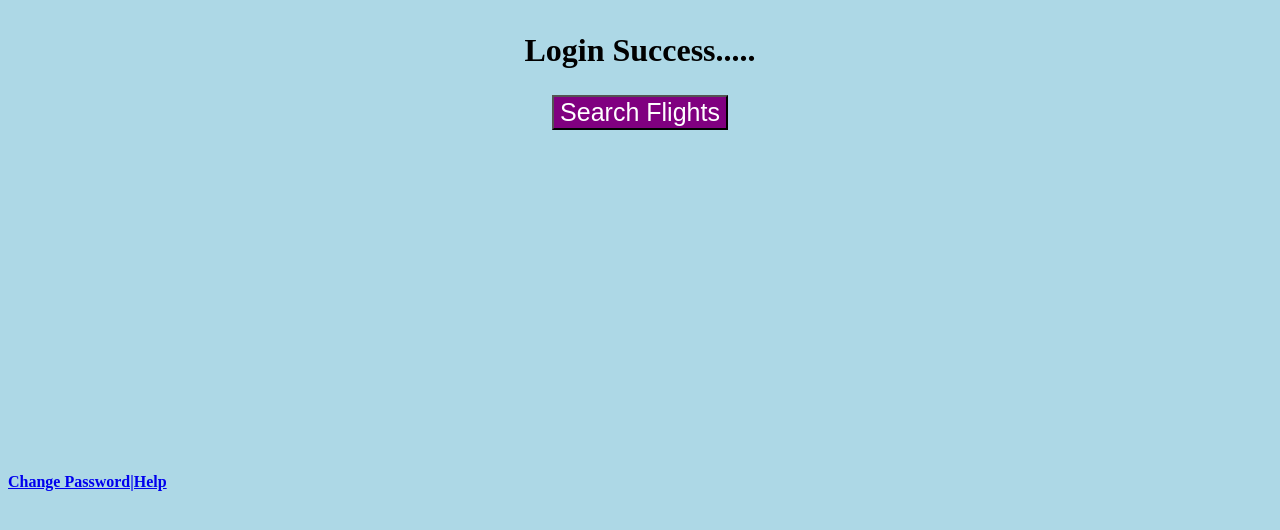
Repository: KanimozhiThandapani/Phase2AirlineBookingProject
Page: http://localhost/AirlineBooking/home.jsp
These files come from the project's save history. The page is drawn as it stood at one moment and after the next save; the edit follows.
The browser window is 1280 px wide. The pictures show the whole page.
The page is served by Tomcat 9.

Above is the page before, as saved 2022-04-25 04:41:29.

After the next save:
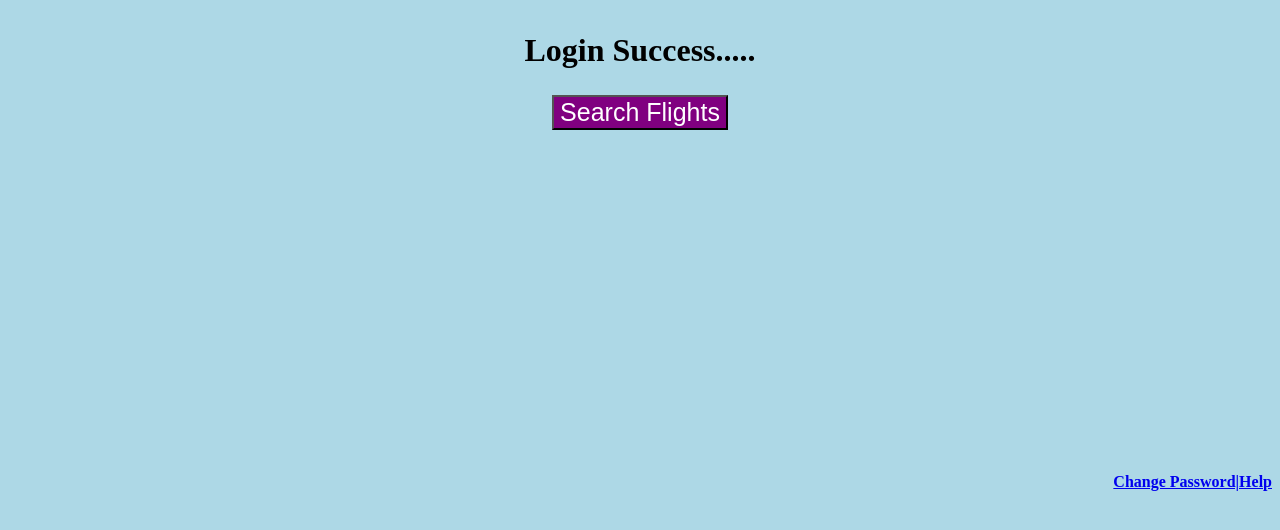
Saved 32 s later.
--- a/AirlineBooking/WebContent/home.jsp
+++ b/AirlineBooking/WebContent/home.jsp
@@ -8,7 +8,7 @@
 
 <style>
 h3 {
-  vertical-align: bottom;
+  text-align: right;
   font-size: 1em;
   color: green;
 }
